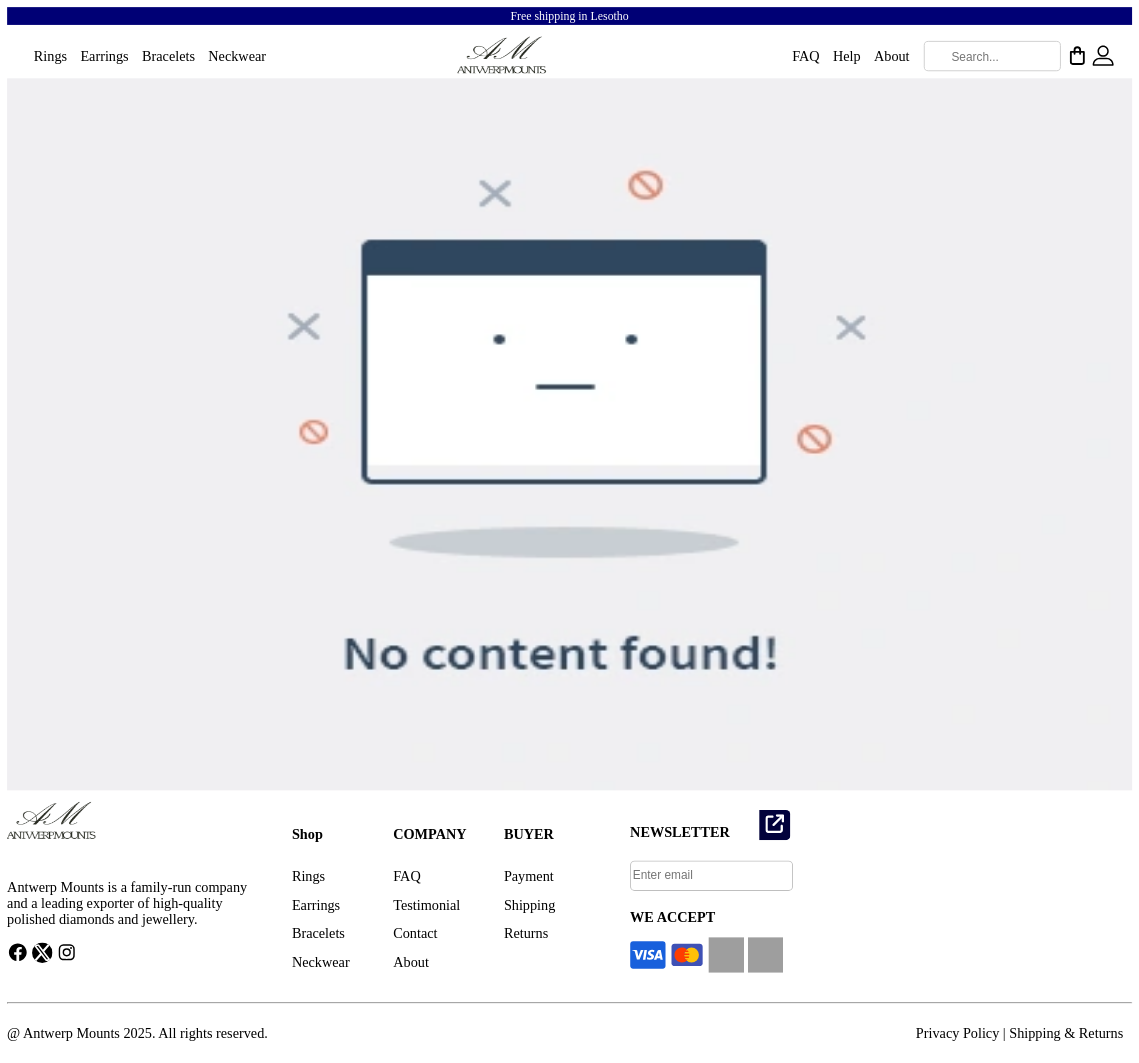
Repository: kea-0424/Web-Development-Project-1
Page: First_collaboration/JewelarySite.html
These files come from the project's save history. The page is drawn as it stood at one moment and after a run of saves; the edit follows.
The browser window is 1280 px wide. The pictures show the whole page, at 89% of full size.
Pictures or frames that could not be fetched are drawn as grey boxes.

Above is the page before, as saved 2025-01-23 11:18:49.

### First_collaboration/JewelarySite.html
<!DOCTYPE html>
<html lang="en">
<head>
    <meta charset="UTF-8">
    <meta name="viewport" content="width=device-width, initial-scale=1.0">
    <title>Document</title>
    <link rel="stylesheet" href="./JewelarySite.css">
</head>
<body>
    <header>
        <div class="notification">
            <span>Free shipping in Lesotho</span>
        </div>
        <nav>
                <ul class="navigations"  id="right_nav">
                    <li class="navbar_links"><a href="#">Rings</a></li>
                    <li class="navbar_links"><a href="#">Earrings</a></li>
                    <li class="navbar_links"><a href="#">Bracelets</a></li>
                    <li class="navbar_links"><a href="#">Neckwear</a></li>
                </ul>

            <div class="logo_container">
<img src="Main_Logo-removebg-preview.png" alt="Logo" class="main_logo" id="Nav_logo">
            </div>
                <ul class="navigations" id="left_nav">
                    <li class="navbar_links"><a href="#">FAQ</a></li>
                    <li class="navbar_links"><a href="#">Help</a></li>
                    <li class="navbar_links"><a href="#">About</a></li>
                </ul>
                <form action="#">
                    <i class='bx bx-search-alt-2'></i>
                    <input class='searchbar' type="text" placeholder="Search...">
                </form>
                <div class="nav_icons">
                    <img src="./cart.svg" alt="Logo" class="icon">
                    <img src="./profile.svg" alt="Logo" class="icon">
                </div>
        </nav>
    </header>
    <main>
        <img src="./NoContent.webp" alt="No_Content" class="No_Content">
    </main>
    <footer>
        <div class="about_us">
            <div class="logo_container">
                <img src="Main_Logo-removebg-preview.png" alt="Logo" class="main_logo">
                            </div>
                            <div class="bio">
                                <p>Antwerp Mounts is a family-run company<br>
                                    and a leading exporter of high-quality<br>
                                   polished diamonds and jewellery.</p>
                            </div>
                                <div class="social_media">
                                    <div class="socials" >
                                        <a href="#"><img src="./bxl-facebook-circle (1).svg" alt="Facebook" id="facebook_link"></a>
                                    </div>
                                    <div class="socials">
                                        <a href="#"><img src="./x-twitter-brands-solid.svg" alt="Twitter" id="X_link"></a>
                                    </div>
                                    <div class="socials">
                                        <a href="#"><img src="./bxl-instagram (1).svg" alt="Instagram" id="instagram_link"></a>
                                    </div>
                                    </div>
        </div>
        <div class="navigation">
            <div class="list1">
                <h4>Shop</h4>
                <ul class="footer_lists">
                    <li><a href="#">Rings</a></li>
                    <li><a href="#">Earrings</a></li>
                    <li><a href="#">Bracelets</a></li>
                    <li><a href="#">Neckwear</a></li>
                </ul>
            </div>
            <div class="list2">
               <h4>COMPANY</h4>
               <ul class="footer_lists">
                <li><a href="#">FAQ</a></li>
                <li><a href="#">Testimonial</a></li>
                <li><a href="#">Contact</a></li>
                <li><a href="#">About</a></li>
               </ul>
            </div>
            <div class="list3">
                <h4>BUYER</h4>
                <ul class="footer_lists">
                    <li><a href="#">Payment</a></li>
                    <li><a href="#">Shipping</a></li>
                    <li><a href="#">Returns</a></li>
                </ul>
            </div>
        </div>
        <div class="Subscription">
            <h4>NEWSLETTER</h4>
            <form action="#">
                <input type="text" placeholder="Enter email" class="newsletter_input">
                <button type="submit" class="submit_btn"><img src="./arrow-up-right-from-square-solid.svg" alt="arrow"></button>
            </form>
            <h4>WE ACCEPT</h4>
            <div class="payment_methods">
                <div class="payment_method">
                    <img src="./cc-visa-brands-solid.svg" alt="visa" id="visa">
                </div>
                <div class="payment_method">
                    <img src="mastercard.svg" alt="mastercard" id="mastercard">
                </div>
                <div class="payment_method">
                    <img src="./paypal.svg" alt="paypal" id="paypal">
        </div>
        <div class="payment_method">
            <img src="./skrill.svg" alt="skrill" id="skrill">
        </div>
            </div>
        </div>
        <hr>
        <div class="copyright">
            <p class="left_details">@ Antwerp Mounts 2025. All rights reserved.</p>
            <p class="right_details">Privacy Policy | Shipping & Returns</p>
        </div>
    </footer>
</body>
</html>

### First_collaboration/JewelarySite.css

body {
    box-sizing: border-box;
}
.notification {
    background-color: rgb(0 0 117);
    color: rgb(255 255 255);
    display: flex;
    align-items: center;
    justify-content: center;
    font-size: smaller;
    width: inherit;
    height: 20px;
}
nav {
    display: flex;
    justify-content: space-between;
    /*padding: 10px;*/
}
.main_logo {
    height: 80px;
    width: 100px;
    margin-top: 0;

}
#Nav_logo {
    margin: 0 auto;
    position: absolute;
    left: 40%;
}
.navigations,.navbar_links {
    list-style-type: none;
    display: flex;
    justify-content: space-between;
list-style: none;
text-decoration: none;
color: inherit;
margin-right: 15px;
padding: 0;
}
nav {
    position:relative;
    width: 100%;
    height: 60px
}

a {
    text-decoration: none;
color: inherit;
}
a:hover {
    /*font-size: larger;*/
    transition: font-size 0.2s ease-in-out;
    position: relative;
    /*background-color: blue;*/
    color: rgba(0 0 255 / 0.26);
    border-radius: 3px;
}
main,.No_Content {
    width: 100%;
    height: 800px;
}
.searchbar {
    width: 120px;
    height: 30px;
    border-radius: 5px;
    border: 1px solid #ccc;
    margin-top: 18px;
    padding-left: 30px;
    position: absolute;
    right: 80px;

}
.navbar_links {
    margin-top: 10px;
}
.icon {
    width: 25px;
    height: 25px;
    margin-top: 22px;
}
#left_nav{
    position: absolute;
    right: 220px;
}
#right_nav {
    position: absolute;
    left: 30px;
}
.nav_icons {
    margin-right: 20px;
}
.socials {
    /*border: 1px solid red;*/
    display: inline;
    height: 50px;
    width: 50px;
}
.bio {
    /*border: 1px solid red;*/
    display: inline-block;
}
#X_link {
    background-color: black;
    height: 23px;
    width: 23px;
    border-radius: 50%;
    display: inline-block;
}
/*.list1,.list2,.list3*/.navigation{
    /*border: 1px solid red;*/
    display: inline-block;
    position: absolute;
    left: 320px;
    top: 20px;
box-sizing: border-box;
}
footer {
    /*border: 1px solid red;*/
    position: relative;
}
.list1,.list2,.list3 {
    /*border: 1px solid red;*/
    display: inline-block;
    box-sizing: border-box;
    margin-right: 5px;
}
.list3 {
    position: relative;
    bottom: 32px;
}
.footer_lists {
    position: relative;
    right: 40px;
    list-style: none;
    line-height: 2em;
}
.newsletter_input {
    height: 30px;
    overflow: hidden;
    border-radius: 5px;
    border: 1px solid rgba(0 0 0 / 0.25);
    position: relative;
    /*z-index: 1;*/
}
.submit_btn {
    background-color: rgb(2 2 59);
    border: 1px solid transparent;
    height: 34px;
    width: 35px;
    position: absolute;
    right: 3px;
    top: 4px;
    border-radius:0px 5px 5px 0px;
}
#visa, #mastercard, #paypal, #skrill {
    height: 40px;
    width: 40px;
}
#visa:hover, #mastercard:hover, #paypal:hover, #skrill:hover {
    height: 50px;
    width: 50px;
}
.payment_method {
    /*border: 1px solid red;*/
    display: inline-block;
    position: relative;
    bottom: 8px;
}
.Subscription {
/*border: 1px solid red;*/
display: inline;
position: absolute;
left: 700px;
top:18px;
}
hr {
    margin-top: 40px;
}
.copyright {
   /* border: 1px solid red;*/
    position: relative;
}
.left_details {
    /*border: 1px solid red;*/
    display: inline-block;
}
.right_details {
    /*border: 1px solid red;*/
    display: inline;
    position: absolute;
    right: 10px;
}

After the next 3 saves:
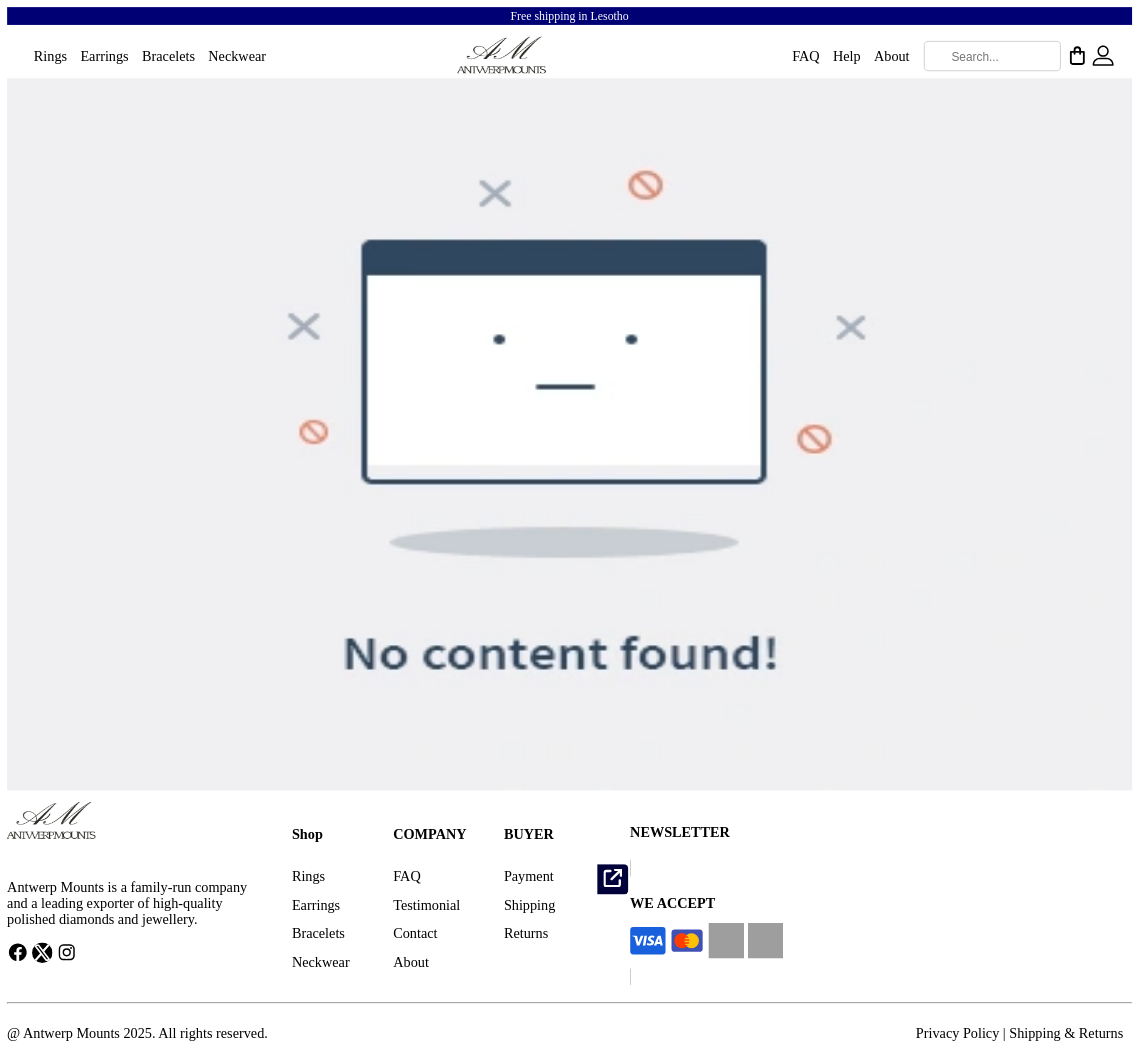
The 3 saves are shown as one change because they came seconds apart.
The last was saved 4 min 6 s later.
--- a/First_collaboration/JewelarySite.html
+++ b/First_collaboration/JewelarySite.html
@@ -93,6 +93,7 @@
         <div class="Subscription">
             <h4>NEWSLETTER</h4>
             <form action="#">
+                <di
                 <input type="text" placeholder="Enter email" class="newsletter_input">
                 <button type="submit" class="submit_btn"><img src="./arrow-up-right-from-square-solid.svg" alt="arrow"></button>
             </form>

After the 4 saves that followed:
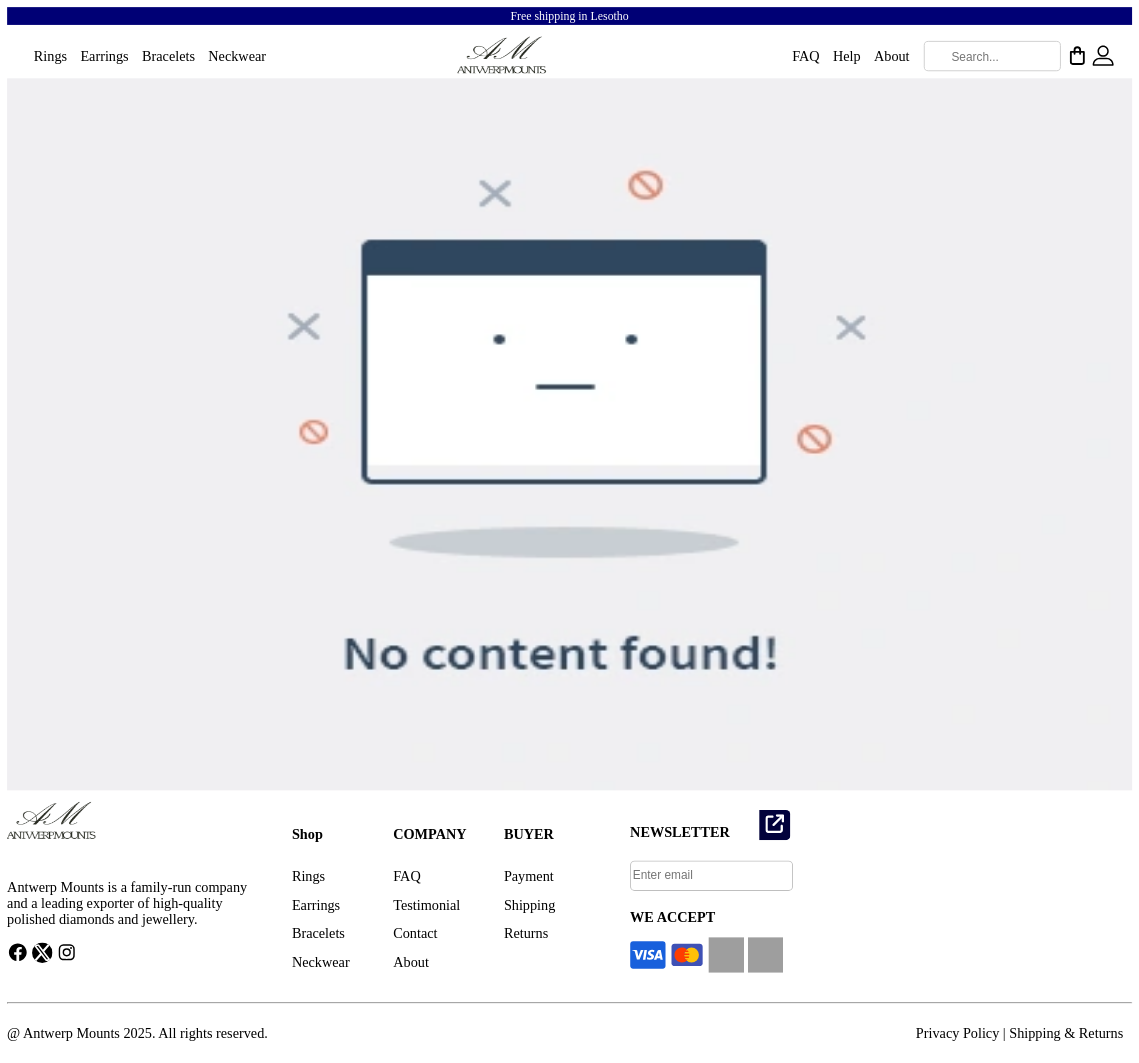
The 4 saves are shown as one change because they came seconds apart.
The last was saved 11 s later.
--- a/First_collaboration/JewelarySite.html
+++ b/First_collaboration/JewelarySite.html
@@ -93,7 +93,9 @@
         <div class="Subscription">
             <h4>NEWSLETTER</h4>
             <form action="#">
-                <di
+                <div>
+
+                </div>
                 <input type="text" placeholder="Enter email" class="newsletter_input">
                 <button type="submit" class="submit_btn"><img src="./arrow-up-right-from-square-solid.svg" alt="arrow"></button>
             </form>
